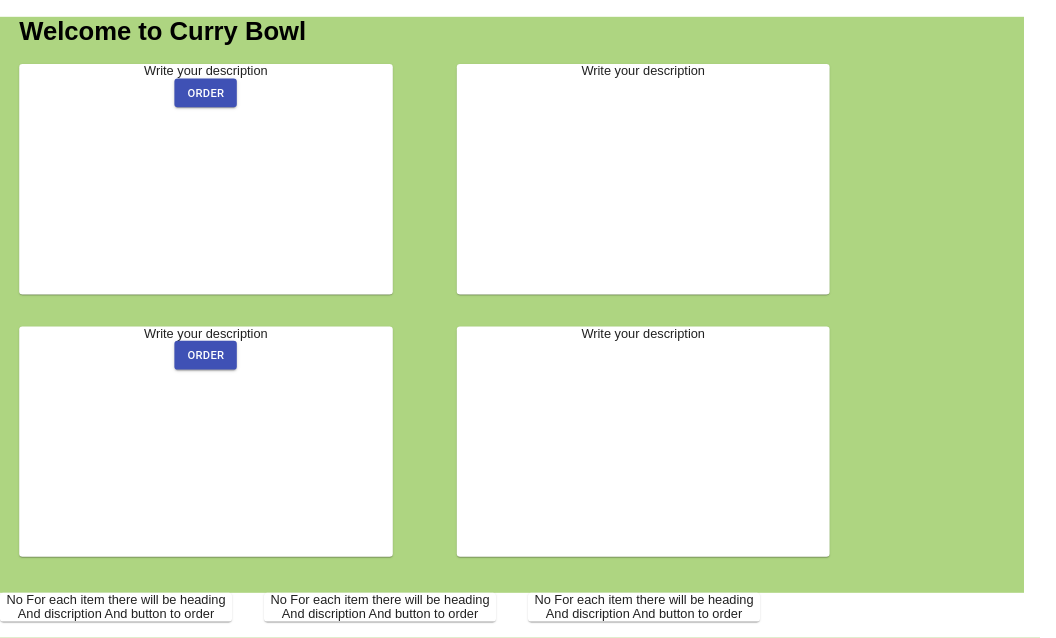
Repository: appikonda/food-order
Page: /
The author's editor kept a copy of each file at every save. The page is drawn from the files as they stood at one save, then again after a run of saves.
The browser window is 1280 px wide. The page is 1300 px wide, then 1320 px, so the pictures cover 1320 px, including what lies to the right of the window. The pictures show the whole page, at 80% of full size.
The project was rebuilt for these pictures with package versions that can differ from the ones it lists, and the page was loaded fresh each time. Also part of the build but not shown: webpack.config.js, src/App.css.

Above is the page before, as saved 2019-08-15 17:20:26.

### src/App.js
import React, { Component } from 'react';
import logo from './logo.svg';
import './App.css';
import OrderFood from './OrderFood.jsx'
class App extends Component {
  render() {
    return (
      <div>

           <OrderFood/>


    </div>
    );
  }
}

export default App;

### src/OrderFood.jsx
import React, { Component } from 'react';

import Typography from '@material-ui/core/Typography';
import Container from '@material-ui/core/Container';
import ExpansionPanel from '@material-ui/core/ExpansionPanel';
import ExpansionPanelDetails from '@material-ui/core/ExpansionPanelDetails';
import ExpansionPanelSummary from '@material-ui/core/ExpansionPanelSummary';
import Iframe from 'react-iframe'
import Grid from '@material-ui/core/Grid';
import { makeStyles  } from '@material-ui/core/styles';
import Button from '@material-ui/core/Button';


import Paper from '@material-ui/core/Paper';



class OrderFood extends Component {


  render() {
    return (
      <div >

      <Container  fixed style={{ backgroundColor: '#aed581', height: '100vh' }}>
      <h1>Welcome to Curry Bowl</h1>
      <Grid container spacing={10}>

        <Grid item xs={6} sm={5}  >
          <Paper style={{  textAlign: 'center',  color: '#212121', height: '40vh'  }}>
             Write your description
             <br/>
             <Button variant="contained" color="primary">
        Order
      </Button>

          </Paper>
        </Grid>
        <Grid item xs={6} sm={5} >
          <Paper style={{  textAlign: 'center',  color: '#212121', height: '40vh'  }}>
             Write your description

          </Paper>
        </Grid>


  </Grid>
  <Grid container spacing={10}>

        <Grid item xs={6} sm={5}  >
          <Paper style={{  textAlign: 'center',  color: '#212121', height: '40vh'  }}>
             Write your description
             <br/>
             <Button variant="contained" color="primary">
        Order
      </Button>

          </Paper>
        </Grid>
        <Grid item xs={6} sm={5} >
          <Paper style={{  textAlign: 'center',  color: '#212121', height: '40vh'  }}>
             Write your description

          </Paper>
        </Grid>


  </Grid>



      </Container>
      {this.renderGridOptions()}



      </div>
    );
  }
//One for biryani orders // 6.99
//One for one curry options// 5.99/
//One for 2 curry options //6.99
//One for full plate options //8.99

renderGridOptions(){

  return (
    <div >
    <Grid container spacing={5}>

        <Grid item xs={6} sm={3}  >
          <Paper style={{      textAlign: 'center',      color: '#212121'  }}>No   For each item there will be heading
  And discription
  And button to order</Paper>
        </Grid>
        <Grid item xs={6} sm={3} >
          <Paper style={{  textAlign: 'center',  color: '#212121'  }}>
        No
  For each item there will be heading
  And discription
  And button to order</Paper>
        </Grid>
        <Grid item xs={6} sm={3}>
          <Paper style={{

  textAlign: 'center',
  color: '#212121'
  }}>No
  For each item there will be heading
  And discription
  And button to order</Paper>
        </Grid>

  </Grid>
  </div>
  );

}


renderOptions(){



  return(
    <div>
      <ExpansionPanel  >
        <ExpansionPanelSummary
          aria-controls="panel1bh-content"
          id="panel1bh-header"
        ><b>Order Biryani</b>


        </ExpansionPanelSummary>
        <ExpansionPanelDetails>

          <Iframe url="https://docs.google.com/forms/d/e/1FAIpQLSdyKr7HLqYcw9uLIflgbRmy-7WHtb8fDuJuym8K5pYcW45q3g/viewform"
         width="900px"
         height="600px"
            />

        </ExpansionPanelDetails>
      </ExpansionPanel>
      <ExpansionPanel >
        <ExpansionPanelSummary

          aria-controls="panel2bh-content"
          id="panel2bh-header"
        >
          Order One Curry Plate

        </ExpansionPanelSummary>
        <ExpansionPanelDetails>
          <Typography>
          Linkk to add One Curry Plate
          </Typography>
        </ExpansionPanelDetails>
      </ExpansionPanel>
      <ExpansionPanel  >
        <ExpansionPanelSummary

          aria-controls="panel3bh-content"
          id="panel3bh-header"
        >
          Order two Curry Plate
        </ExpansionPanelSummary>
        <ExpansionPanelDetails>
          <Typography>
          Linkk to add two curries plaues
          </Typography>
        </ExpansionPanelDetails>
      </ExpansionPanel>
      <ExpansionPanel >
        <ExpansionPanelSummary

          aria-controls="panel4bh-content"
          id="panel4bh-header"
        >
          <Typography>Full Plate </Typography>
        </ExpansionPanelSummary>
        <ExpansionPanelDetails>
          <Typography>
            Nunc vitae orci ultricies, auctor nunc in, volutpat nisl. Integer sit amet egestas eros,
            vitae egestas augue. Duis vel est augue.
          </Typography>
        </ExpansionPanelDetails>
      </ExpansionPanel>
    </div>
  );


}


}

export default OrderFood;

Loaded but not shown: public/index.html (common file); src/index.js (common file); src/index.css (common file)

After the next 2 saves:
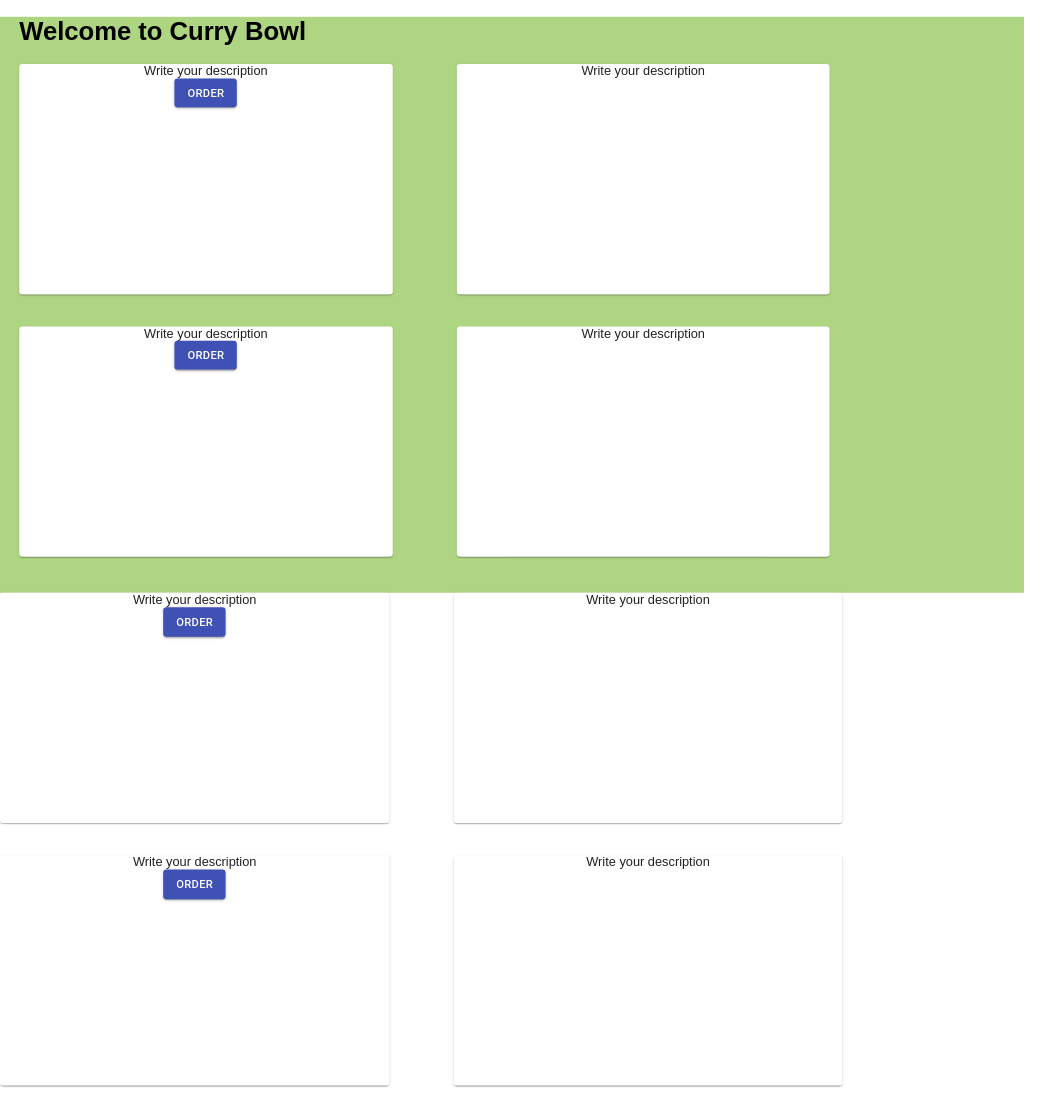
The 2 saves are shown as one change because they came seconds apart.
The last was saved 2 min 40 s later.
--- a/src/OrderFood.jsx
+++ b/src/OrderFood.jsx
@@ -24,7 +24,28 @@ class OrderFood extends Component {
 
       <Container  fixed style={{ backgroundColor: '#aed581', height: '100vh' }}>
       <h1>Welcome to Curry Bowl</h1>
-      <Grid container spacing={10}>
+      {this.renderGridOptions()}
+
+
+
+      </Container>
+      {this.renderGridOptions()}
+
+
+
+      </div>
+    );
+  }
+//One for biryani orders // 6.99
+//One for one curry options// 5.99/
+//One for 2 curry options //6.99
+//One for full plate options //8.99
+
+renderGridOptions(){
+
+  return (
+    <div >
+     <Grid container spacing={10}>
 
         <Grid item xs={6} sm={5}  >
           <Paper style={{  textAlign: 'center',  color: '#212121', height: '40vh'  }}>
@@ -66,53 +87,7 @@ class OrderFood extends Component {
 
 
   </Grid>
-
-
-
-      </Container>
-      {this.renderGridOptions()}
-
-
-
-      </div>
-    );
-  }
-//One for biryani orders // 6.99
-//One for one curry options// 5.99/
-//One for 2 curry options //6.99
-//One for full plate options //8.99
-
-renderGridOptions(){
-
-  return (
-    <div >
-    <Grid container spacing={5}>
-
-        <Grid item xs={6} sm={3}  >
-          <Paper style={{      textAlign: 'center',      color: '#212121'  }}>No   For each item there will be heading
-  And discription
-  And button to order</Paper>
-        </Grid>
-        <Grid item xs={6} sm={3} >
-          <Paper style={{  textAlign: 'center',  color: '#212121'  }}>
-        No
-  For each item there will be heading
-  And discription
-  And button to order</Paper>
-        </Grid>
-        <Grid item xs={6} sm={3}>
-          <Paper style={{
-
-  textAlign: 'center',
-  color: '#212121'
-  }}>No
-  For each item there will be heading
-  And discription
-  And button to order</Paper>
-        </Grid>
-
-  </Grid>
-  </div>
+   </div>
   );
 
 }
